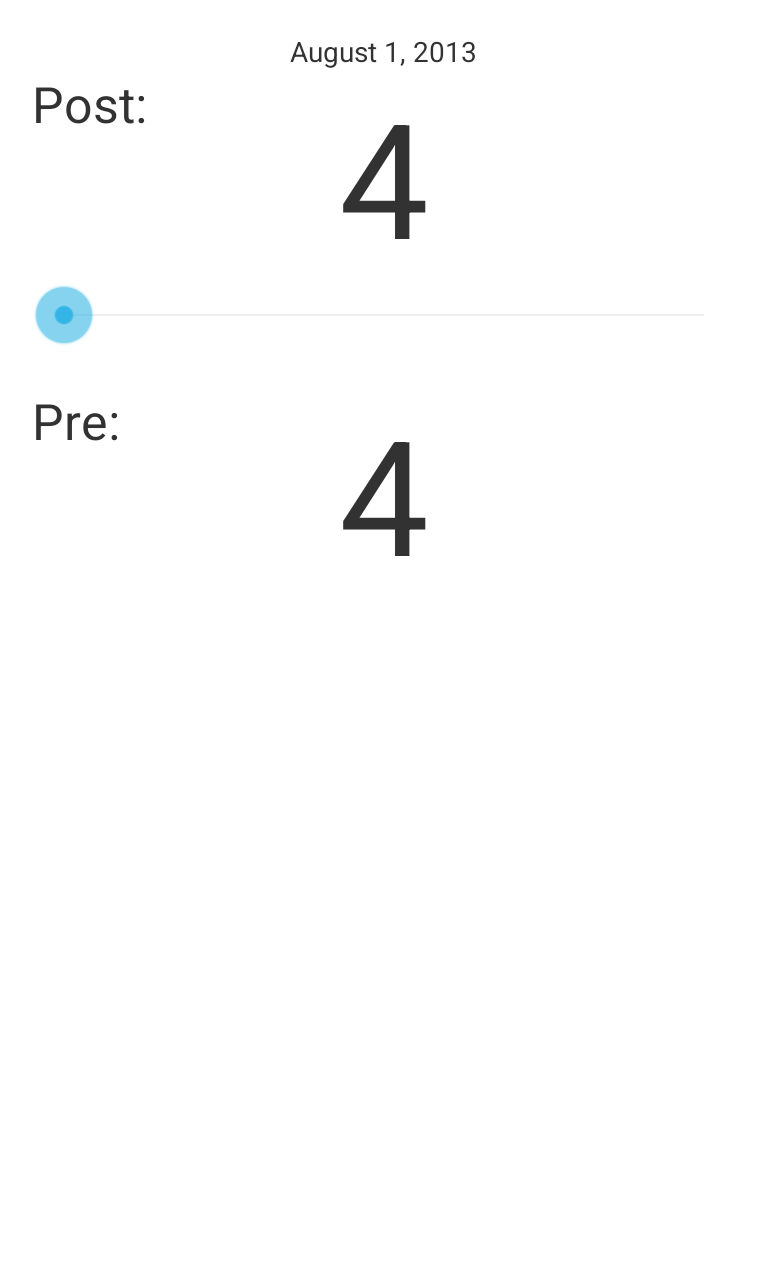
Repository: jemcphe/XCell
Layout: XCell/res/layout/phones.xml
The author's editor kept a copy of each file at every save. The layout is drawn from the files as they stood at one save, then again after the next save.
It is drawn on a 768 x 1280 px phone screen (xhdpi) without system bars, with theme Theme.Xcell; the app's code is not run.

Above is the layout before, as saved 2013-08-16 20:43:14.

### XCell/res/layout/phones.xml
<RelativeLayout xmlns:android="http://schemas.android.com/apk/res/android"
    xmlns:tools="http://schemas.android.com/tools"
    android:layout_width="match_parent"
    android:layout_height="match_parent"
    android:paddingBottom="@dimen/activity_vertical_margin"
    android:paddingLeft="@dimen/activity_horizontal_margin"
    android:paddingRight="@dimen/activity_horizontal_margin"
    android:paddingTop="@dimen/activity_vertical_margin" >

    <TextView
        android:id="@+id/phones_date"
        android:layout_width="wrap_content"
        android:layout_height="wrap_content"
        android:layout_alignParentTop="true"
        android:layout_centerHorizontal="true"
        android:text="August 1, 2013" />

    <TextView
        android:id="@+id/postLabel"
        android:layout_width="wrap_content"
        android:layout_height="wrap_content"
        android:layout_alignParentLeft="true"
        android:layout_below="@+id/phones_date"
        android:textSize="25sp"
        android:text="Post:" />

    <SeekBar
        android:id="@+id/seekBar1"
        android:layout_width="match_parent"
        android:layout_height="wrap_content"
        android:layout_alignLeft="@+id/postLabel"
        android:layout_below="@+id/postValue" />

    <TextView
        android:id="@+id/preLabel"
        android:layout_width="wrap_content"
        android:layout_height="wrap_content"
        android:layout_alignLeft="@+id/seekBar1"
        android:layout_below="@+id/seekBar1"
        android:layout_marginTop="20dp"
        android:textSize="25sp"
        android:text="Pre:" />

    <TextView
        android:id="@+id/postValue"
        android:layout_width="wrap_content"
        android:layout_height="wrap_content"
        android:layout_alignLeft="@+id/preValue"
        android:layout_alignTop="@+id/postLabel"
        android:text="4"
        android:textSize="80sp" />

    <TextView
        android:id="@+id/preValue"
        android:layout_width="wrap_content"
        android:layout_height="wrap_content"
        android:layout_alignTop="@+id/preLabel"
        android:layout_centerHorizontal="true"
        android:text="4"
        android:textSize="80sp" />

</RelativeLayout>

### XCell/res/values/styles_xcell.xml
<?xml version="1.0" encoding="utf-8"?>

<resources>

    <style name="Theme.Xcell" parent="@android:style/Theme.Holo.Light">
        <item name="android:actionBarItemBackground">@drawable/selectable_background_xcell</item>
        <item name="android:popupMenuStyle">@style/PopupMenu.Xcell</item>
        <item name="android:dropDownListViewStyle">@style/DropDownListView.Xcell</item>
        <item name="android:actionBarTabStyle">@style/ActionBarTabStyle.Xcell</item>
        <item name="android:actionDropDownStyle">@style/DropDownNav.Xcell</item>
        <item name="android:actionBarStyle">@style/ActionBar.Solid.Xcell</item>
        <item name="android:actionModeBackground">@drawable/cab_background_top_xcell</item>
        <item name="android:actionModeSplitBackground">@drawable/cab_background_bottom_xcell</item>
        <item name="android:actionModeCloseButtonStyle">@style/ActionButton.CloseMode.Xcell</item>


    </style>

    <style name="ActionBar.Solid.Xcell" parent="@android:style/Widget.Holo.Light.ActionBar.Solid">
        <item name="android:background">@drawable/ab_background_textured_xcell</item>
        <item name="android:backgroundStacked">@drawable/ab_stacked_solid_xcell</item>
        <item name="android:backgroundSplit">@drawable/ab_background_textured_xcell</item>
        <item name="android:progressBarStyle">@style/ProgressBar.Xcell</item>
    </style>

    <style name="ActionBar.Transparent.Xcell" parent="@android:style/Widget.Holo.Light.ActionBar">
        <item name="android:background">@drawable/ab_transparent_xcell</item>
        <item name="android:progressBarStyle">@style/ProgressBar.Xcell</item>
    </style>

    <style name="PopupMenu.Xcell" parent="@android:style/Widget.Holo.Light.ListPopupWindow">
        <item name="android:popupBackground">@drawable/menu_dropdown_panel_xcell</item>
    </style>

    <style name="DropDownListView.Xcell" parent="@android:style/Widget.Holo.Light.ListView.DropDown">
        <item name="android:listSelector">@drawable/selectable_background_xcell</item>
    </style>

    <style name="ActionBarTabStyle.Xcell" parent="@android:style/Widget.Holo.Light.ActionBar.TabView">
        <item name="android:background">@drawable/tab_indicator_ab_xcell</item>
    </style>

    <style name="DropDownNav.Xcell" parent="@android:style/Widget.Holo.Light.Spinner">
        <item name="android:background">@drawable/spinner_background_ab_xcell</item>
        <item name="android:popupBackground">@drawable/menu_dropdown_panel_xcell</item>
        <item name="android:dropDownSelector">@drawable/selectable_background_xcell</item>
    </style>

    <style name="ProgressBar.Xcell" parent="@android:style/Widget.Holo.Light.ProgressBar.Horizontal">
        <item name="android:progressDrawable">@drawable/progress_horizontal_xcell</item>
    </style>

    <style name="ActionButton.CloseMode.Xcell" parent="@android:style/Widget.Holo.Light.ActionButton.CloseMode">
        <item name="android:background">@drawable/btn_cab_done_xcell</item>
    </style>

    <!-- this style is only referenced in a Light.DarkActionBar based theme -->
    <style name="Theme.Xcell.Widget" parent="@android:style/Theme.Holo">
        <item name="android:popupMenuStyle">@style/PopupMenu.Xcell</item>
        <item name="android:dropDownListViewStyle">@style/DropDownListView.Xcell</item>
    </style>

</resources>

### XCell/res/drawable/selectable_background_xcell.xml
<?xml version="1.0" encoding="utf-8"?>
<!-- File created by the Android Action Bar Style Generator

     Copyright (C) 2011 The Android Open Source Project
     Copyright (C) 2012 readyState Software Ltd

     Licensed under the Apache License, Version 2.0 (the "License");
     you may not use this file except in compliance with the License.
     You may obtain a copy of the License at

          http://www.apache.org/licenses/LICENSE-2.0

     Unless required by applicable law or agreed to in writing, software
     distributed under the License is distributed on an "AS IS" BASIS,
     WITHOUT WARRANTIES OR CONDITIONS OF ANY KIND, either express or implied.
     See the License for the specific language governing permissions and
     limitations under the License.
-->

<selector xmlns:android="http://schemas.android.com/apk/res/android"
        android:exitFadeDuration="@android:integer/config_mediumAnimTime" >
    <item android:state_pressed="false" android:state_focused="true" android:drawable="@drawable/list_focused_xcell" />
    <item android:state_pressed="true" android:drawable="@drawable/pressed_background_xcell" />
    <item android:drawable="@android:color/transparent" />
</selector>

### XCell/res/drawable/btn_cab_done_xcell.xml
<?xml version="1.0" encoding="utf-8"?>
<!-- File created by the Android Action Bar Style Generator

     Copyright (C) 2011 The Android Open Source Project
     Copyright (C) 2012 readyState Software Ltd

     Licensed under the Apache License, Version 2.0 (the "License");
     you may not use this file except in compliance with the License.
     You may obtain a copy of the License at

          http://www.apache.org/licenses/LICENSE-2.0

     Unless required by applicable law or agreed to in writing, software
     distributed under the License is distributed on an "AS IS" BASIS,
     WITHOUT WARRANTIES OR CONDITIONS OF ANY KIND, either express or implied.
     See the License for the specific language governing permissions and
     limitations under the License.
-->

<selector xmlns:android="http://schemas.android.com/apk/res/android">
    <item android:state_pressed="true"
        android:drawable="@drawable/btn_cab_done_pressed_xcell" />
    <item android:state_focused="true" android:state_enabled="true"
        android:drawable="@drawable/btn_cab_done_focused_xcell" />
    <item android:state_enabled="true"
        android:drawable="@drawable/btn_cab_done_default_xcell" />
</selector>

### XCell/res/drawable/ab_background_textured_xcell.xml
<?xml version="1.0" encoding="utf-8"?>
<!-- File created by the Android Action Bar Style Generator

     Copyright (C) 2012 readyState Software Ltd

     Licensed under the Apache License, Version 2.0 (the "License");
     you may not use this file except in compliance with the License.
     You may obtain a copy of the License at

          http://www.apache.org/licenses/LICENSE-2.0

     Unless required by applicable law or agreed to in writing, software
     distributed under the License is distributed on an "AS IS" BASIS,
     WITHOUT WARRANTIES OR CONDITIONS OF ANY KIND, either express or implied.
     See the License for the specific language governing permissions and
     limitations under the License.
-->

<bitmap xmlns:android="http://schemas.android.com/apk/res/android"
    android:src="@drawable/ab_texture_tile_xcell"
    android:tileMode="repeat" />

### XCell/res/drawable/progress_horizontal_xcell.xml
<?xml version="1.0" encoding="utf-8"?>
<!-- File created by the Android Action Bar Style Generator

     Copyright (C) 2011 The Android Open Source Project
     Copyright (C) 2012 readyState Software Ltd

     Licensed under the Apache License, Version 2.0 (the "License");
     you may not use this file except in compliance with the License.
     You may obtain a copy of the License at

          http://www.apache.org/licenses/LICENSE-2.0

     Unless required by applicable law or agreed to in writing, software
     distributed under the License is distributed on an "AS IS" BASIS,
     WITHOUT WARRANTIES OR CONDITIONS OF ANY KIND, either express or implied.
     See the License for the specific language governing permissions and
     limitations under the License.
-->

<layer-list xmlns:android="http://schemas.android.com/apk/res/android">

    <item android:id="@android:id/background"
          android:drawable="@drawable/progress_bg_xcell" />

    <item android:id="@android:id/secondaryProgress">
        <scale android:scaleWidth="100%"
               android:drawable="@drawable/progress_secondary_xcell" />
    </item>

    <item android:id="@android:id/progress">
        <scale android:scaleWidth="100%"
               android:drawable="@drawable/progress_primary_xcell" />
    </item>

</layer-list>

### XCell/res/drawable/spinner_background_ab_xcell.xml
<?xml version="1.0" encoding="utf-8"?>
<!-- File created by the Android Action Bar Style Generator

     Copyright (C) 2011 The Android Open Source Project
     Copyright (C) 2012 readyState Software Ltd

     Licensed under the Apache License, Version 2.0 (the "License");
     you may not use this file except in compliance with the License.
     You may obtain a copy of the License at

          http://www.apache.org/licenses/LICENSE-2.0

     Unless required by applicable law or agreed to in writing, software
     distributed under the License is distributed on an "AS IS" BASIS,
     WITHOUT WARRANTIES OR CONDITIONS OF ANY KIND, either express or implied.
     See the License for the specific language governing permissions and
     limitations under the License.
-->

<selector xmlns:android="http://schemas.android.com/apk/res/android">
    <item android:state_enabled="false"
        android:drawable="@drawable/spinner_ab_disabled_xcell" />
    <item android:state_pressed="true"
        android:drawable="@drawable/spinner_ab_pressed_xcell" />
    <item android:state_pressed="false" android:state_focused="true"
        android:drawable="@drawable/spinner_ab_focused_xcell" />
    <item android:drawable="@drawable/spinner_ab_default_xcell" />
</selector>

### XCell/res/drawable/tab_indicator_ab_xcell.xml
<?xml version="1.0" encoding="utf-8"?>
<!-- File created by the Android Action Bar Style Generator

     Copyright (C) 2011 The Android Open Source Project
     Copyright (C) 2012 readyState Software Ltd

     Licensed under the Apache License, Version 2.0 (the "License");
     you may not use this file except in compliance with the License.
     You may obtain a copy of the License at

          http://www.apache.org/licenses/LICENSE-2.0

     Unless required by applicable law or agreed to in writing, software
     distributed under the License is distributed on an "AS IS" BASIS,
     WITHOUT WARRANTIES OR CONDITIONS OF ANY KIND, either express or implied.
     See the License for the specific language governing permissions and
     limitations under the License.
-->

<selector xmlns:android="http://schemas.android.com/apk/res/android">
    <!-- Non focused states -->
    <item android:state_focused="false" android:state_selected="false" android:state_pressed="false" android:drawable="@android:color/transparent"/>
    <item android:state_focused="false" android:state_selected="true"  android:state_pressed="false" android:drawable="@drawable/tab_selected_xcell" />

    <!-- Focused states -->
    <item android:state_focused="true" android:state_selected="false" android:state_pressed="false" android:drawable="@drawable/tab_unselected_focused_xcell" />
    <item android:state_focused="true" android:state_selected="true"  android:state_pressed="false" android:drawable="@drawable/tab_selected_focused_xcell" />

    <!-- Pressed -->
    <!--    Non focused states -->
    <item android:state_focused="false" android:state_selected="false" android:state_pressed="true" android:drawable="@drawable/tab_unselected_pressed_xcell" />
    <item android:state_focused="false" android:state_selected="true"  android:state_pressed="true" android:drawable="@drawable/tab_selected_pressed_xcell" />

    <!--    Focused states -->
    <item android:state_focused="true" android:state_selected="false" android:state_pressed="true" android:drawable="@drawable/tab_unselected_pressed_xcell" />
    <item android:state_focused="true" android:state_selected="true"  android:state_pressed="true" android:drawable="@drawable/tab_selected_pressed_xcell" />
</selector>

### XCell/res/drawable/pressed_background_xcell.xml
<?xml version="1.0" encoding="utf-8"?>
<!-- File created by the Android Action Bar Style Generator

     Copyright (C) 2011 The Android Open Source Project
     Copyright (C) 2012 readyState Software Ltd

     Licensed under the Apache License, Version 2.0 (the "License");
     you may not use this file except in compliance with the License.
     You may obtain a copy of the License at

          http://www.apache.org/licenses/LICENSE-2.0

     Unless required by applicable law or agreed to in writing, software
     distributed under the License is distributed on an "AS IS" BASIS,
     WITHOUT WARRANTIES OR CONDITIONS OF ANY KIND, either express or implied.
     See the License for the specific language governing permissions and
     limitations under the License.
-->

<shape xmlns:android="http://schemas.android.com/apk/res/android" android:shape="rectangle">
    <solid android:color="@color/pressed_xcell" />
</shape>

### XCell/res/values/colors_xcell.xml
<?xml version="1.0" encoding="utf-8"?>
<!-- File created by the Android Action Bar Style Generator

     Copyright (C) 2011 The Android Open Source Project
     Copyright (C) 2012 readyState Software Ltd

     Licensed under the Apache License, Version 2.0 (the "License");
     you may not use this file except in compliance with the License.
     You may obtain a copy of the License at

          http://www.apache.org/licenses/LICENSE-2.0

     Unless required by applicable law or agreed to in writing, software
     distributed under the License is distributed on an "AS IS" BASIS,
     WITHOUT WARRANTIES OR CONDITIONS OF ANY KIND, either express or implied.
     See the License for the specific language governing permissions and
     limitations under the License.
-->

<resources>
    <color name="pressed_xcell">#CC33B5E5</color>
    <color name="background_xcell">#d8e8e8</color>
    <color name="xcell_blue">#12679b</color>
</resources>

Loaded but not shown: XCell/res/values/dimens.xml (common file)

After the next save:
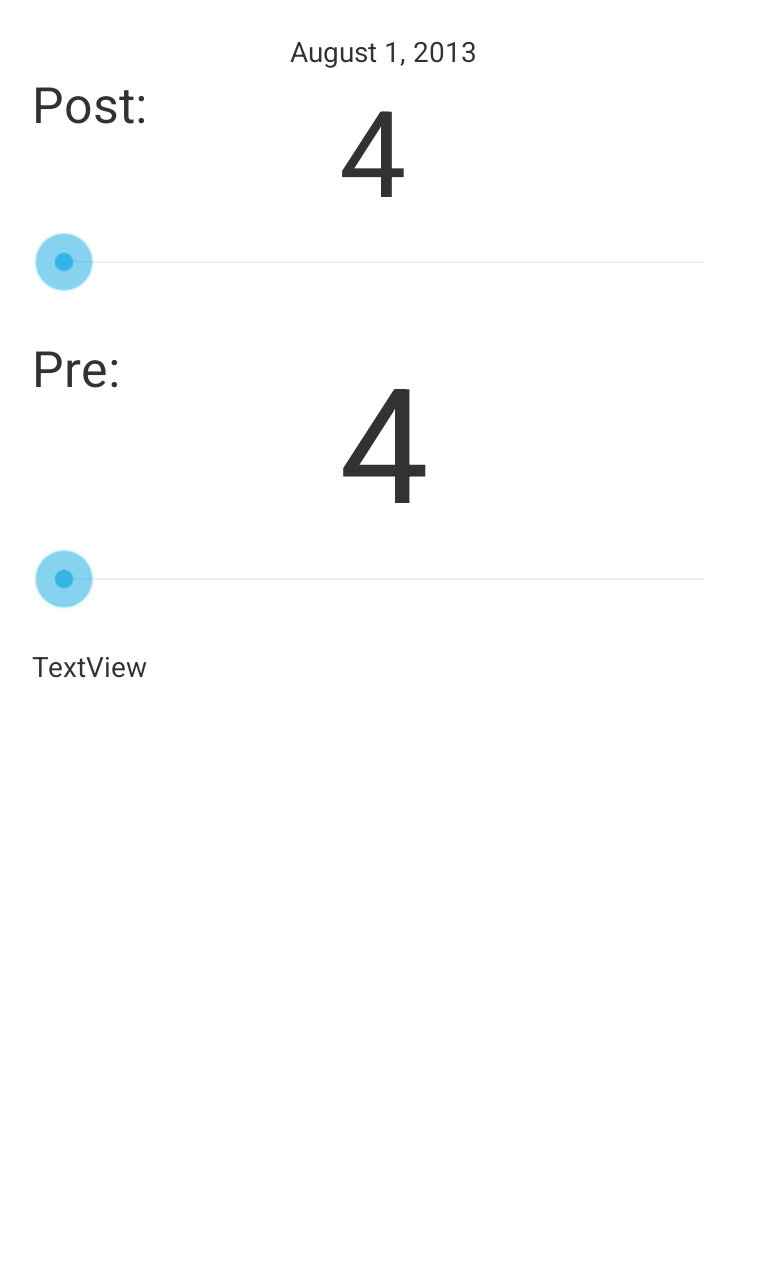
Saved 107 s later.
--- a/XCell/res/layout/phones.xml
+++ b/XCell/res/layout/phones.xml
@@ -48,7 +48,7 @@
         android:layout_alignLeft="@+id/preValue"
         android:layout_alignTop="@+id/postLabel"
         android:text="4"
-        android:textSize="80sp" />
+        android:textSize="60sp" />
 
     <TextView
         android:id="@+id/preValue"
@@ -59,4 +59,20 @@
         android:text="4"
         android:textSize="80sp" />
 
+    <SeekBar
+        android:id="@+id/seekBar2"
+        android:layout_width="match_parent"
+        android:layout_height="wrap_content"
+        android:layout_alignParentLeft="true"
+        android:layout_below="@+id/preValue" />
+
+    <TextView
+        android:id="@+id/textView1"
+        android:layout_width="wrap_content"
+        android:layout_height="wrap_content"
+        android:layout_alignLeft="@+id/seekBar2"
+        android:layout_below="@+id/seekBar2"
+        android:layout_marginTop="18dp"
+        android:text="TextView" />
+
 </RelativeLayout>
